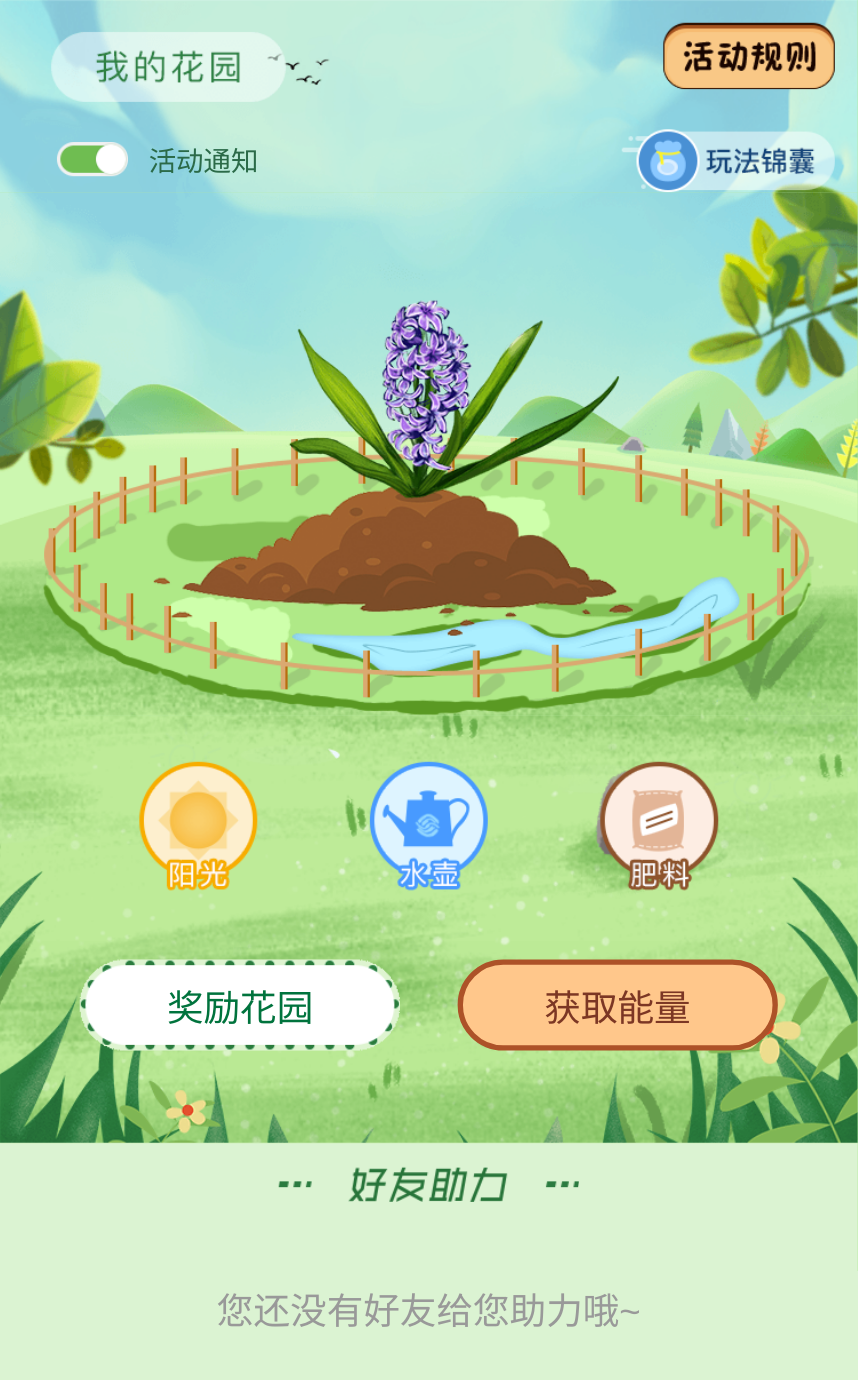
Repository: wangbiaozy/zh
Page: index.html
An editor plug-in stored every save of this project. The page is shown before and after the next save, followed by the edit.
The browser window is 1280 px wide. The pictures show the whole page, at 67% of full size.

Above is the page before, as saved 2019-03-18 20:05:20.
Console error: TypeError: Cannot read properties of undefined (reading 'style')

### index.html
<!DOCTYPE html>
<html lang="en">

<head>
    <meta charset="UTF-8">
    <meta name="viewport" content="width=device-width, initial-scale=1.0, maximum-scale=1.0, minimum-scale=1.0, user-scalable=no, viewport-fit=cover">
    <meta http-equiv="X-UA-Compatible" content="ie=edge">
    <title>北京移动</title>
    <link rel="stylesheet" href="css/reset.min.css">
    <link rel="stylesheet/less" href="css/styles.less">
    <link rel="stylesheet" href="css/animation.css">
    <script src="js/less-1.7.0.min.js"></script>
    <script src="js/jquery-1.10.1.min.js"></script>
    <script src="js/imgLoader.js"></script>
    <script>
        imgLoader([
            'images/banner.png',
            'images/bdsjh.png',
            'images/bg_01.png',
            'images/bg_02.png',
            'images/btn_cj.png',
            'images/btn_cjhd.png',
            'images/btn_dhff.png',
            'images/btn_dl.png',
            'images/btn_fshy.png',
            'images/btn_lj.png',
            'images/btn_qd.png',
            'images/btn_qdl.png',
            'images/btn_qr.png',
            'images/btn_qx.png',
            'images/btn_xg.png',
            'images/btn_zz.png',
            'images/c1.png',
            'images/c2.png',
            'images/c3.png',
            'images/c4.png',
            'images/c5.png',
            'images/card_1.png',
            'images/card_2.png',
            'images/card_3.png',
            'images/card_4.png',
            'images/card_5.png',
            'images/card.png',
            'images/close.png',
            'images/default.jpg',
            'images/erweima.png',
            'images/fire.gif',
            'images/fri_bg_01.png',
            'images/fri_bg_02.png',
            'images/fri_bg_03.png',
            'images/gongxi.png',
            'images/guang1.png',
            'images/guang2.png',
            'images/hdgz.png',
            'images/home_bg_01.png',
            'images/home_bg_02.png',
            'images/home_bg_03.png',
            'images/hyzl.png',
            'images/longjiao.png',
            'images/longshen.png',
            'images/longtou.png',
            'images/longwei.png',
            'images/longzhu.png',
            'images/longzhua.png',
            'images/rule_btn.png',
            'images/share.png',
            'images/sjhm.png',
            'images/start_btn.png',
            'images/submit.png',
            'images/tc_1_text.png',
            'images/tc_bg.png',
            'images/tc_card.png',
            'images/tc_title_1.png',
            'images/tc_title_2.png',
            'images/tc_title_3.png',
            'images/xxqr.png',
            'images/yun_1.png',
            'images/yun_2.png',
            'images/yun_3.png',
            'images/yun.png',
            'images/yzm.png'
        ], function (percentage) {
            var percentT = percentage * 100;
            $('.loader_info').html('Loading ' + (parseInt(percentT)) + '%');
            $('.loader_progress')[0].style.width = percentT + '%';
            if (percentage == 1) {
                /* $('.loader').remove();
                $('.home').show(); */
            }
        });
    </script>
</head>
<body>
    <!--loading-->
    <!-- <section class="loader">
        <div class="loader_info"></div>
        <div>
            <div class="loader_progress"></div>
        </div>
    </section> -->
    <!-- 首页 -->
    <section id="home" class="home">
        <div>
            <a href="javascript: void(0)" class="rule-btn"></a>
        </div>
        <div>
            <div></div>
        </div>
        <div>
            <a href="javascript: void(0)" id="start-btn"></a>
            <div>
                <p id="countDown"><i>倒计时：</i><span>7</span>天<span>00</span>时<span>00</span>分<span>00</span>秒</p>
            </div>
            <p>4月8日-4月14日&nbsp;&nbsp;&nbsp;&nbsp;活动将于4月14日结束，务必到期前领取</p>
        </div>
    </section>
    <!-- 活动规则页 -->
    <section id="rule" class="rule">
        <div>
            <div></div>
            <div>
                <ul>
                    <li>
                        <h3>一 活动时间：</h3>
                        <p>即日起——4月14日</p>
                        <h3>二 活动介绍：</h3>
                        <p>活动期间，用户通过北京移动微信公众号，可参与“天天种花得流量”活动。用户每天可获得一颗种子，通过添加物料（水、阳光、肥料），完成种植，收获花朵并获得对应流量奖品。</p>
                        <p>获取物料方法：</p>
                        <p>1、用户首次参与活动可领取水、阳光、肥料各1份。</p>
                        <p>2、分享活动给好友，邀请其助力赠送，可获得更多物料。（好友助力次数不限，但为同一用户仅可助力一次。）</p>
                        <h3>三 奖品规则：</h3>
                        <p>活动奖品包含：100MB、200MB、500MB、1GB、2GB、3GB全国流量，及部分免费业务体验资格、优惠业务办理资格。</p>
                        <p>（一）流量奖品</p>
                        <p>1.流量档位包括100MB、200MB、500MB、1GB、2GB、3GB全国流量；</p>
                        <p>2.奖品将于领取后15日内，自动充入用户的微信关注绑定手机号，流量自充入日起生效，有效期至本月月末；</p>
                        <p>3.活动赠送套外国内流量，优先级低于主套餐、可选包、短促包、定向流量包等，赠送流量无法共享，不可结转；</p>
                        <p>4.处于保留期、保号期、挂失、申停、欠停、转品牌过渡期的手机号；物联网卡、4G超级日租卡套餐、神州行开心听、语音套餐卡、神州行B标准资费基本策划等特殊资费用户无法领取赠送流量；</p>
                        <p>5.赠送流量每月仅可领取100次，超出上限不可领取；</p>
                        <p>6.北京移动用户抽中流量奖品后，自动充入关注绑定账户。非北京移动用户抽中流量奖品后可以转赠给北京移动手机号码。</p>
                        <p>（二）其它奖品</p>
                        <p>规则详见各奖品办理页面</p>
                        <p>温馨提示：</p>
                        <p>1、活动将于4月14日结束，请您务必于活动结束前完成领奖，逾期视为自动放弃奖品。</p>
                        <p>2、活动页面内可手动关闭活动提醒。如不关闭，默认每天发放服务通知，提醒用户活动状态已更新。</p>
                    </li>
                </ul>
                <a href="javascript:void(0)">确定</a>
            </div>
        </div>
        <div></div>
    </section>
    <!-- 主页 -->
    <section id="main" class="main">
        <div>
            <a href="javascript:void(0)" class="rule-btn"></a>
            <a href="javascript:void(0)" class="method-btn"></a>
            <div>
                <a href="javascript:void(0)"></a>
                <p>活动通知</p>
            </div>
        </div>
        <div>
            <div>
                <div class="cs-1"></div>
                <ul>
                    <li></li>
                </ul>
            </div>
        </div>
        <div>
            <ul>
                <li>
                    <span>3</span>
                </li>
                <li>
                    <span>3</span>
                </li>
                <li>
                    <span>3</span>
                </li>
            </ul>
            <ul>
                <li>奖励花园</li>
                <li>获取能量</li>
            </ul>
        </div>
        <div>
            <h3></h3>
            <ul>
                <p>您还没有好友给您助力哦~</p>
                <!-- <li>
                    <div>
                        <img src="./images/fri_default.png" alt="">
                    </div>
                    <p>胖子胖子胖子胖子</p>
                    <p>帮忙增加了<span>肥料</span></p>
                    <p>3月1日</p>
                </li> -->
            </ul>
        </div>
    </section>
    <!-- 玩法锦囊页 -->
    <section id="method" class="method">
        <div></div>
        <div></div>
        <div></div>
        <div></div>
        <div></div>
        <a href="javascript: void(0)">确定</a>
    </section>
    <!-- 我的奖励花园页 -->
    <section id="gift" class="gift">
        <div>
            <div>
                <div></div>
                <ul>
                    <li>
                        <img src="./images/flower_0.png" alt="">
                        <a href="javascript: void(0)"></a>
                    </li>
                    <li>
                        <img src="./images/flower_0.png" alt="">
                        <a href="javascript: void(0)"></a>
                    </li>
                    <li>
                        <img src="./images/flower_0.png" alt="">
                        <a href="javascript: void(0)"></a>
                    </li>
                    <li>
                        <img src="./images/flower_0.png" alt="">
                        <a href="javascript: void(0)"></a>
                    </li>
                    <li>
                        <img src="./images/flower_0.png" alt="">
                        <a href="javascript: void(0)"></a>
                    </li>
                    <li>
                        <img src="./images/flower_0.png" alt="">
                        <a href="javascript: void(0)"></a>
                    </li>
                    <li>
                        <img src="./images/flower_0.png" alt="">
                        <a href="javascript: void(0)"></a>
                    </li>
                </ul>
                <div></div>
                <a href="javascript: void(0)">返回</a>
            </div>
        </div>
        <div></div>
    </section>
    <!-- 二维码页 -->
    <section id="code" class="code">
        <div>
            <div>
                <div>
                    <p>亲爱的用户<br>天天种花得流量活动邀你参加<br>天天有惊喜哦~</p>
                </div>
                <div>
                    <div>
                        <img src="./images/erweima.jpg" alt="">
                    </div>
                </div>
            </div>
        </div>
        <div></div>
    </section>
    <!-- 添加物料弹窗 -->
    <section class="model addModel message-model">
        <div>
            <p>您已成功为种子<br><span>添加了阳光</span><br>种子已进入<span>成熟</span>期<br>快来看看吧</p>
        </div>
        <a href="javascript: void(0)">确定</a>
    </section>
    <!-- 发送好友弹窗 -->
    <section class="model to-friend message-model">
        <div>
            <p>您需要积攒能量<br>才能种出神秘花朵<br>还有抽大奖的机会哦<br>快请好友帮忙吧</p>
        </div>
        <a href="javascript:void(0)">发送好友</a>
    </section>
    <!-- 开始 种子弹窗 -->
    <section class="model tc-0">
        <div>
            <p>恭喜您已经播种了<br>一颗神秘种子<br>快去养育TA～</p>
            <div></div>
            <p>看看可以收获什么花吧！！</p>
            <p>送您阳光、水壶、肥料各一份</p>
        </div>
        <a href="javascript:void(0)">确定</a>
    </section>
    <!-- 本网获得流量弹窗 -->
    <section class="model tc-1">
        <div>
            <p>恭喜您的手机号</p>
            <p>15910943650</p>
            <p>收货了<span>雏菊</span>（价值<span>500MB</span>）</p>
            <img src="./images/flower_tc_1.png" alt="">
            <p>流量将于7日内到账</p>
            <p>有效期至本月月末</p>
            <a href=""></a>
        </div>
        <a href="javascript:void(0)">确定</a>
    </section>
    <!-- 异网流量弹窗 1-->
    <section class="model tc-2">
        <div>
            <p>恭喜您的手机号</p>
            <p>13612341234</p>
            <p>收获了<span>雏菊</span>（价值<span>500MB</span>）</p>
            <img src="./images/flower_tc_1.png" alt="">
            <p>您可以转赠到北京移动号码内</p>
            <p>（流量仅可在活动期间内进行转赠）</p>
        </div>
        <div>
            <a href="javascript:void(0)">取消</a>
            <a href="javascript:void(0)">转赠</a>
        </div>
    </section>
    <!-- 异网流量弹窗 2 -->
    <section class="model tc-3">
        <div>
            <p>请输入好友北京移动手机号码</p>
            <div>
                <p>手机号码</p>
                <input id="inputTel" type="number" pattern="[0-9]*" oninput="if(value.length>11)value=value.slice(0,11)">
            </div>
            <p>（流量仅可在活动期间进行转赠）</p>
        </div>
        <a href="javascript:void(0)">确定</a>
    </section>
     <!-- 异网流量弹窗 3 -->
    <section class="model tc-4">
        <div>
            <p>信息确认</p>
            <p>您是否将</p>
            <p><span>500MB</span>全国流量</p>
            <p>转赠到手机号码</p>
            <p>13612341234</p>
            <p>账户中</p>
            <p>点击确认后信息将不可更改</p>
        </div>
        <div>
            <a href="javascript:void(0)">修改</a>
            <a href="javascript:void(0)">确认</a>
        </div>
    </section>
    <!-- 异网流量弹窗 4 -->
    <section class="model tc-5">
        <div>
            <p>您已将</p>
            <p><span>500MB</span>全国流量</p>
            <p>转赠到手机号码</p>
            <p>15910011111</p>
            <p>账户中</p>
            <p>流量将于15日内到账</p>
            <p>有效期至本月月末</p>
            <p>（流量到账后，立即生效）</p>
            <a href=""></a>
        </div>
        <a href="javascript:void(0)">确定</a>
    </section>
    <!-- 分享浮层 -->
    <section class="share">
        <div>
            <span></span>
        </div>
    </section>
    <!-- 遮罩层 -->
    <section class="mask" id="mask"></section>
</body>
</html>
<script src="js/index.js"></script>

### css/reset.min.css
@charset "utf-8";
/*默认样式清除和初始化*/
body,h1,h2,h3,h4,h5,h6,hr,p,blockquote,dl,dt,dd,ul,ol,li,button,input,textarea,th,td{margin:0;padding:0}body{font-size:12px;font-style:normal;font-family:"\5FAE\8F6F\96C5\9ED1",Helvetica,sans-serif}small{font-size:12px}h1{font-size:18px}h2{font-size:16px}h3{font-size:14px}h4,h5,h6{font-size:100%}ul,ol{list-style:none}a{text-decoration:none;background-color:transparent}a:hover,a:active{outline-width:0;text-decoration:none}table{border-collapse:collapse;border-spacing:0}hr{border:0;height:1px}img{border-style:none}img:not([src]){display:none}svg:not(:root){overflow:hidden}html{-webkit-touch-callout:none;-webkit-text-size-adjust:100%}input,textarea,button,a{-webkit-tap-highlight-color:rgba(0,0,0,0)}article,aside,details,figcaption,figure,footer,header,main,menu,nav,section,summary{display:block}audio,canvas,progress,video{display:inline-block}audio:not([controls]),video:not([controls]){display:none;height:0}progress{vertical-align:baseline}mark{background-color:#ff0;color:#000}sub,sup{position:relative;font-size:75%;line-height:0;vertical-align:baseline}sub{bottom:-0.25em}sup{top:-0.5em}button,input,select,textarea{font-size:100%;outline:0}button,input{overflow:visible}button,select{text-transform:none}textarea{overflow:auto}button,html [type="button"],[type="reset"],[type="submit"]{-webkit-appearance:button}button::-moz-focus-inner,[type="button"]::-moz-focus-inner,[type="reset"]::-moz-focus-inner,[type="submit"]::-moz-focus-inner{border-style:none;padding:0}button:-moz-focusring,[type="button"]:-moz-focusring,[type="reset"]:-moz-focusring,[type="submit"]:-moz-focusring{outline:1px dotted ButtonText}[type="checkbox"],[type="radio"]{box-sizing:border-box;padding:0}[type="number"]::-webkit-inner-spin-button,[type="number"]::-webkit-outer-spin-button{height:auto}[type="search"]{-webkit-appearance:textfield;outline-offset:-2px}[type="search"]::-webkit-search-cancel-button,[type="search"]::-webkit-search-decoration{-webkit-appearance:none}::-webkit-input-placeholder{color:inherit;opacity:.54}::-webkit-file-upload-button{-webkit-appearance:button;font:inherit}.clear:after{display:block;height:0;content:"";clear:both}
*{ -webkit-tap-highlight-color: rgba(0,0,0,0);-webkit-tap-highlight-color: transparent; /* For some Androids */ }

Loaded but not shown: js/less-1.7.0.min.js (library); js/jquery-1.10.1.min.js (library); js/index.js (497 lines, source omitted); js/imgLoader.js (49 lines, source omitted); css/animation.css (2744 lines, source omitted)

After the next save:
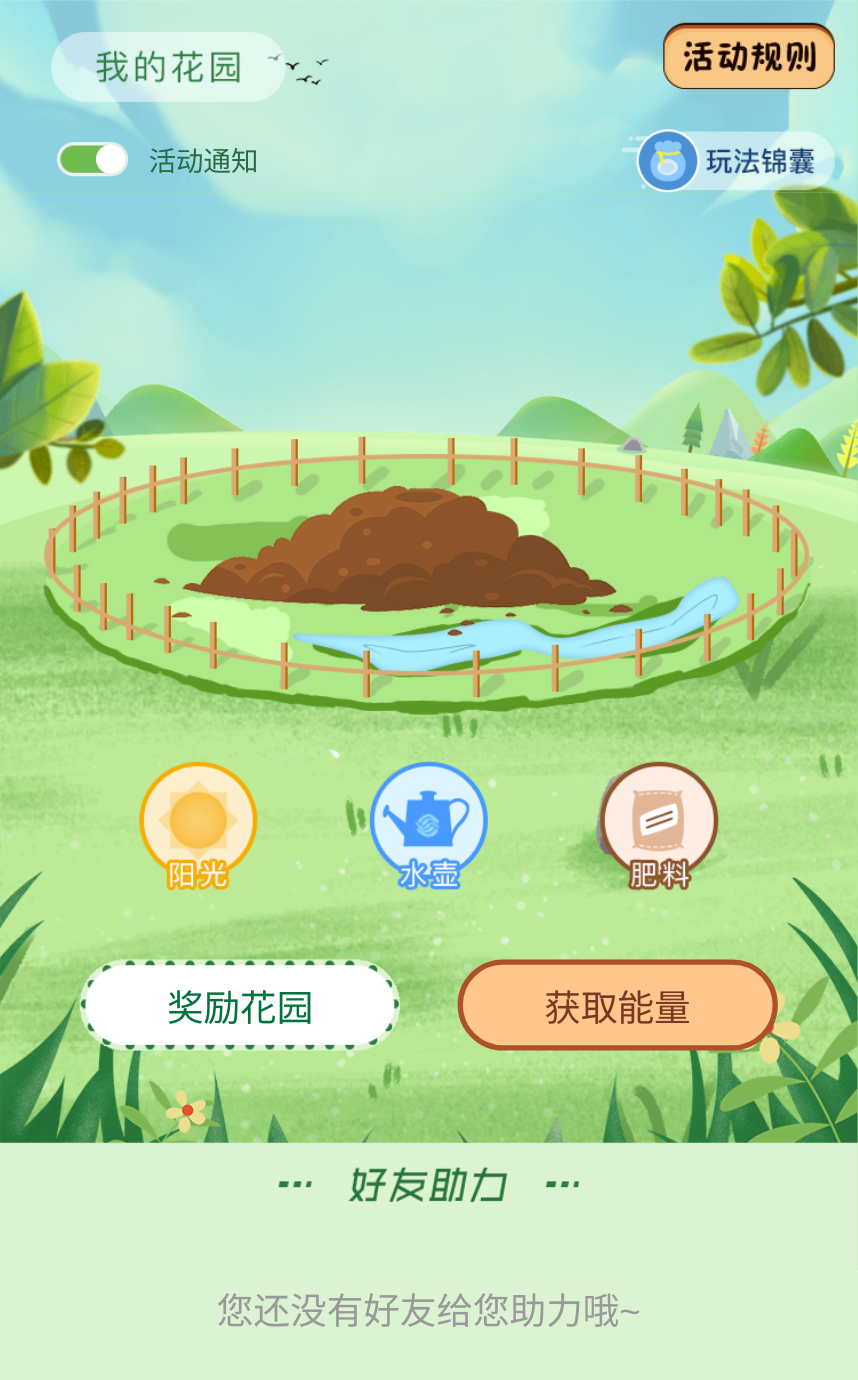
Saved 7 s later.
--- a/index.html
+++ b/index.html
@@ -161,7 +161,7 @@
         </div>
         <div>
             <div>
-                <div class="cs-1"></div>
+                <div class="cs-2"></div>
                 <ul>
                     <li></li>
                 </ul>
